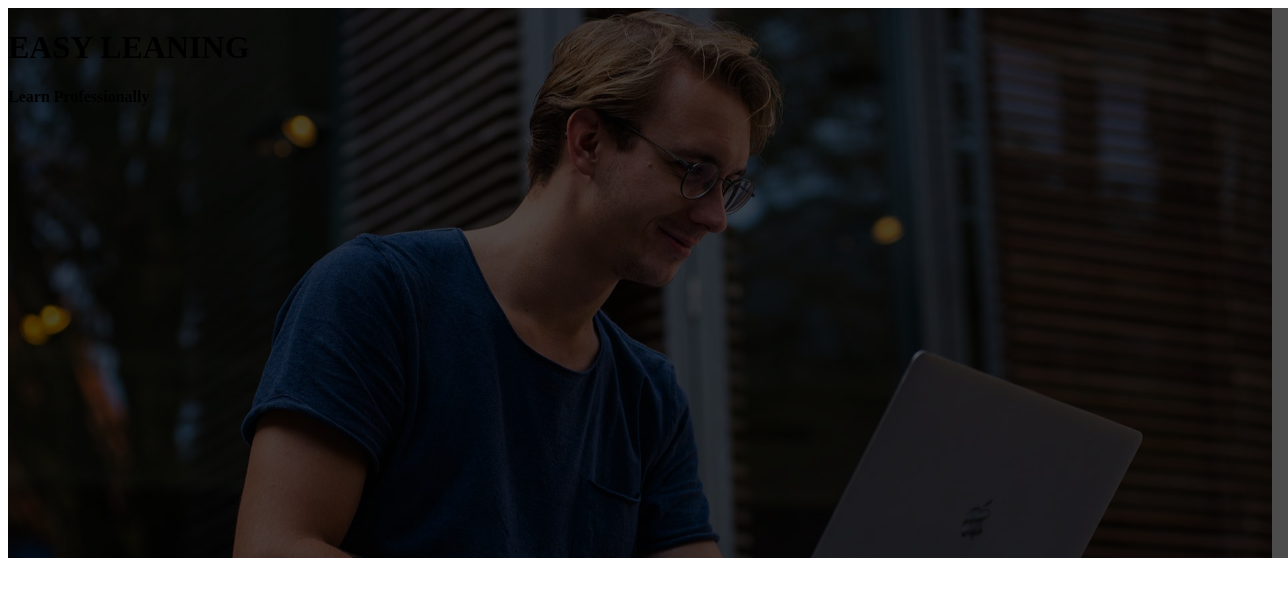
Repository: masamichan/free_video_app
Page: /
The author's editor kept a copy of each file at every save. The page is drawn from the files as they stood at one save, then again after the next save.
The browser window is 1280 px wide. The page is 1288 px wide, so the pictures cover 1288 px, including what lies to the right of the window. The pictures show the whole page.
The project was rebuilt for these pictures with package versions that can differ from the ones it lists, and the page was loaded fresh each time.

Above is the page before, as saved 2023-01-19 19:34:36.

### public/index.html
<!DOCTYPE html>
<html lang="en">
  <head>
    <meta charset="utf-8" />
    <link rel="icon" href="%PUBLIC_URL%/icon.png" />
    <meta name="viewport" content="width=device-width, initial-scale=1" />
    <meta name="theme-color" content="#000000" />
    <meta
      name="description"
      content="Web site created using create-react-app"
    />

    <link rel="manifest" href="%PUBLIC_URL%/manifest.json" />

    <link rel="preconnect" href="https://fonts.googleapis.com">
    <link rel="preconnect" href="https://fonts.gstatic.com" crossorigin>
    <link
      href="https://fonts.googleapis.com/css2?family=Montserrat:wght@400;700;800&family=Raleway:wght@300;400;600;700&display=swap"
      rel="stylesheet">

    <title>Easy Leaning</title>
  </head>
  <body>
    <noscript>You need to enable JavaScript to run this app.</noscript>
    <div style="width: 100%;" id="root"></div>

  </body>
</html>

### src/App.js
import React from "react";
import { TopBanner } from "./components/TopBanner/TopBanner";

function App() {
  return (
    <div>
      <TopBanner />
    </div>
  );
}

export default App;

### src/components/TopBanner/TopBanner.jsx
import React, { Component, Fragment } from "react";
import { Col, Container, Row } from "react-bootstrap";
import "../../asset/css/custom.css";

export class TopBanner extends Component {
  render() {
    return (
      <Fragment>
        <Container className="topFixedBanner">
          <div className="topBannerOverlay">
            <Container>
              <Row>
                <Col>
                  <h1>EASY LEANING</h1>
                  <h4>Learn Professionally</h4>
                </Col>
              </Row>
            </Container>
          </div>
        </Container>
      </Fragment>
    );
  }
}

export default TopBanner;

### src/asset/css/custom.css
.topFixedBanner {
  background-image: url("../image/banner.jpg");
  min-height: 550px;
  background-attachment: fixed;
  background-position: center;
  background-repeat: no-repeat;
  background-size: cover;
}
.topBannerOverlay {
  position: absolute;
  min-height: 550px;
  width: 100%;
  background: rgb(0, 0, 0, 0.7);
}

Loaded but not shown: src/index.js (common file)

After the next save:
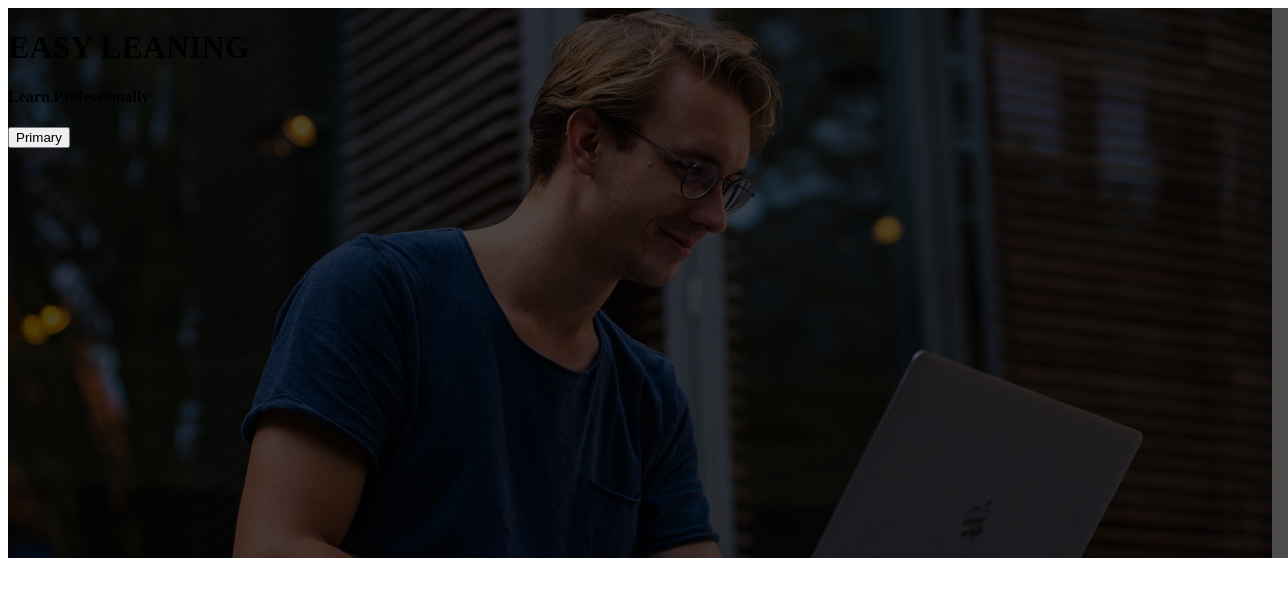
Saved 42 h 44 min later.
--- a/src/components/TopBanner/TopBanner.jsx
+++ b/src/components/TopBanner/TopBanner.jsx
@@ -1,5 +1,5 @@
 import React, { Component, Fragment } from "react";
-import { Col, Container, Row } from "react-bootstrap";
+import { Button, Col, Container, Row } from "react-bootstrap";
 import "../../asset/css/custom.css";
 
 export class TopBanner extends Component {
@@ -13,6 +13,7 @@ export class TopBanner extends Component {
                 <Col>
                   <h1>EASY LEANING</h1>
                   <h4>Learn Professionally</h4>
+                  <Button variant="primary">Primary</Button>
                 </Col>
               </Row>
             </Container>
